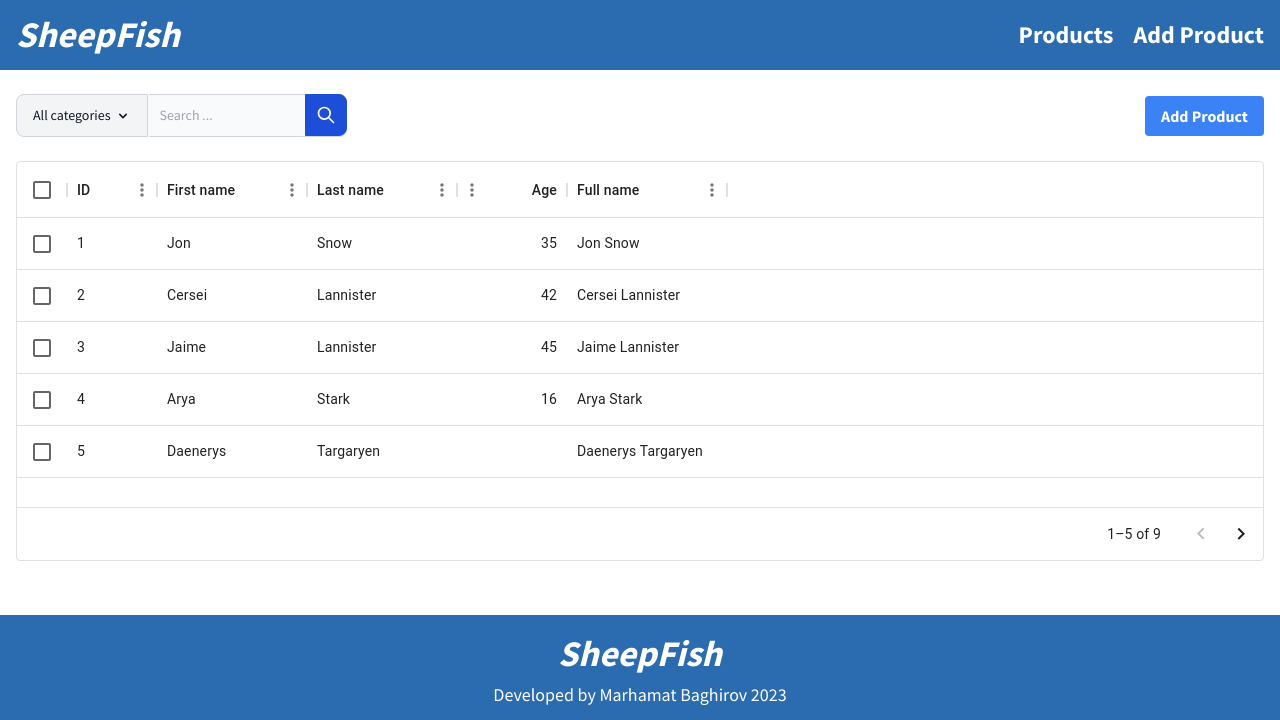
Repository: Marhamat92/sheep-fish-task
Page: /
An editor plug-in stored every save of this project. The page is shown before and after the next save, followed by the edit.
The browser window is 1280 px wide. The pictures show the whole page.
The project was rebuilt for these pictures with package versions that can differ from the ones it lists, and the page was loaded fresh each time. Also part of the build but not shown: src/App.css.

Above is the page before, as saved 2023-03-28 17:45:53.

After the next save:
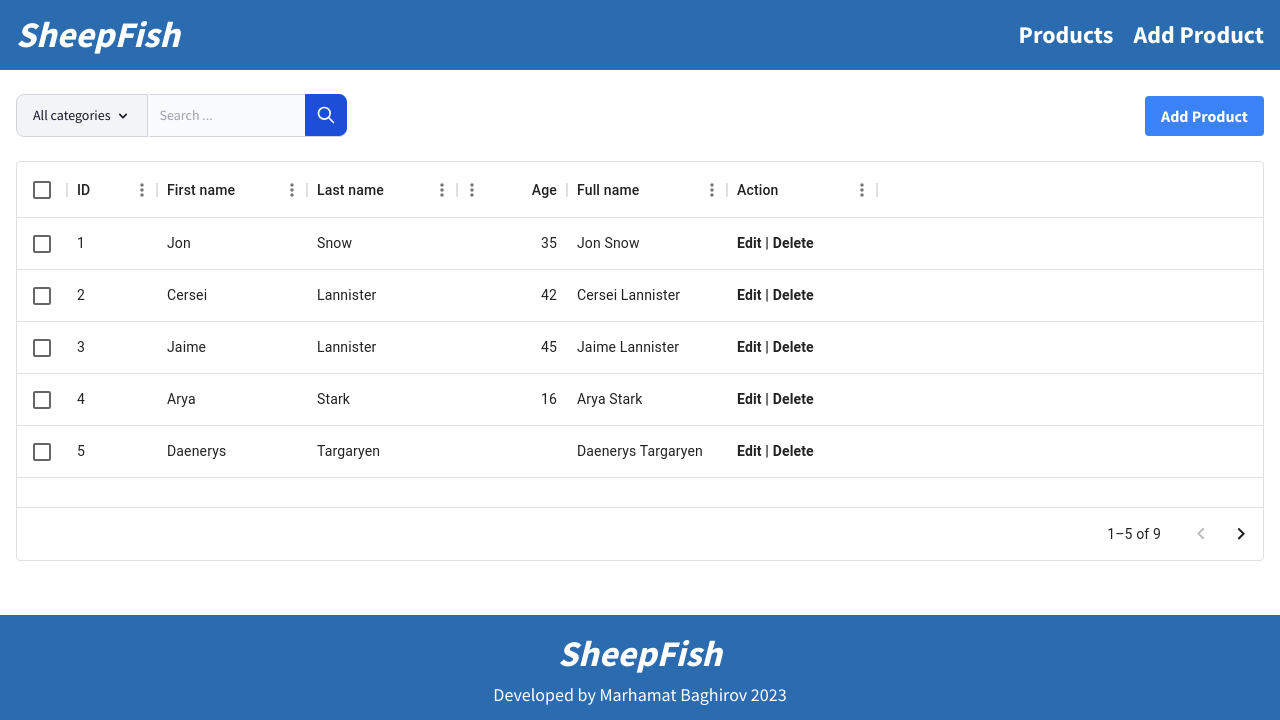
Saved 5 min 42 s later.
--- a/src/components/ListTable.tsx
+++ b/src/components/ListTable.tsx
@@ -37,6 +37,16 @@
       valueGetter: (params: GridValueGetterParams) =>
         `${params.row.firstName || ""} ${params.row.lastName || ""}`,
     },
+    {
+      field: "action",
+      headerName: "Action",
+      width: 150,
+      renderCell: (params) => (
+        <strong>
+          <a href='#'>Edit</a> | <a href='#'>Delete</a>
+        </strong>
+      ),
+    },
   ];
 
   return (
